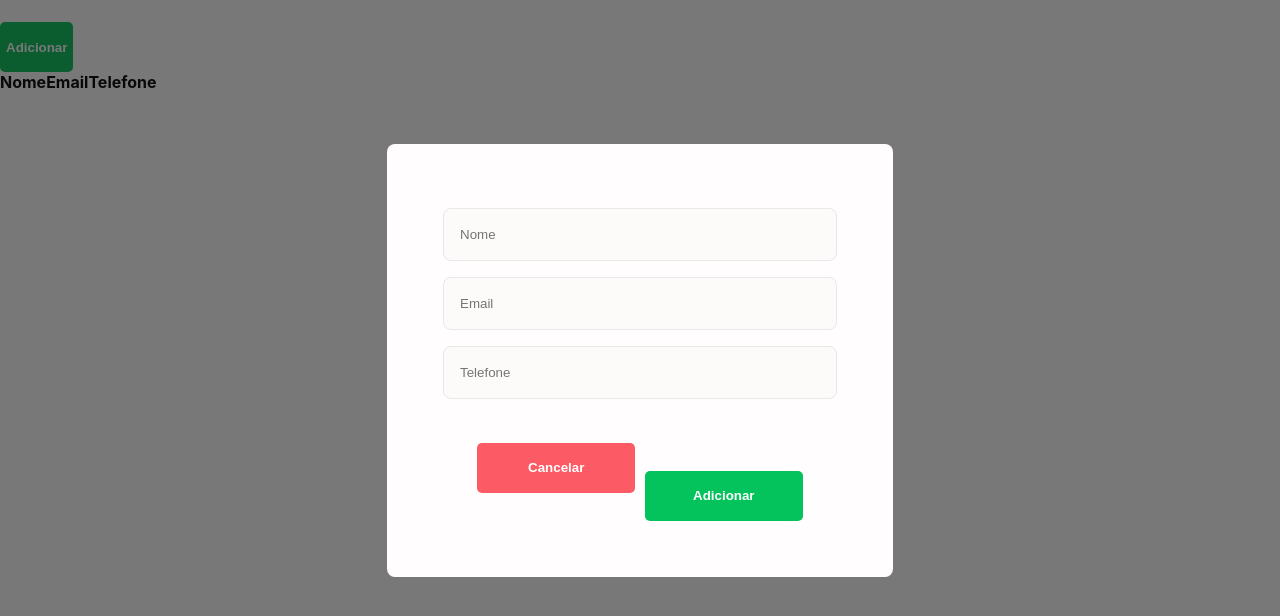
Repository: Henry-Loiola/agenda-contatos
Page: /, after clicking the first element matching `button.btn`
The author's editor kept a copy of each file at every save. The page is drawn from the files as they stood at one save, then again after a run of saves.
The browser window is 1280 px wide. The pictures show the whole page.
The project was rebuilt for these pictures with package versions that can differ from the ones it lists, and the page was loaded fresh each time.

Above is the page before, as saved 2024-08-19 20:09:32.

After the next 2 saves:
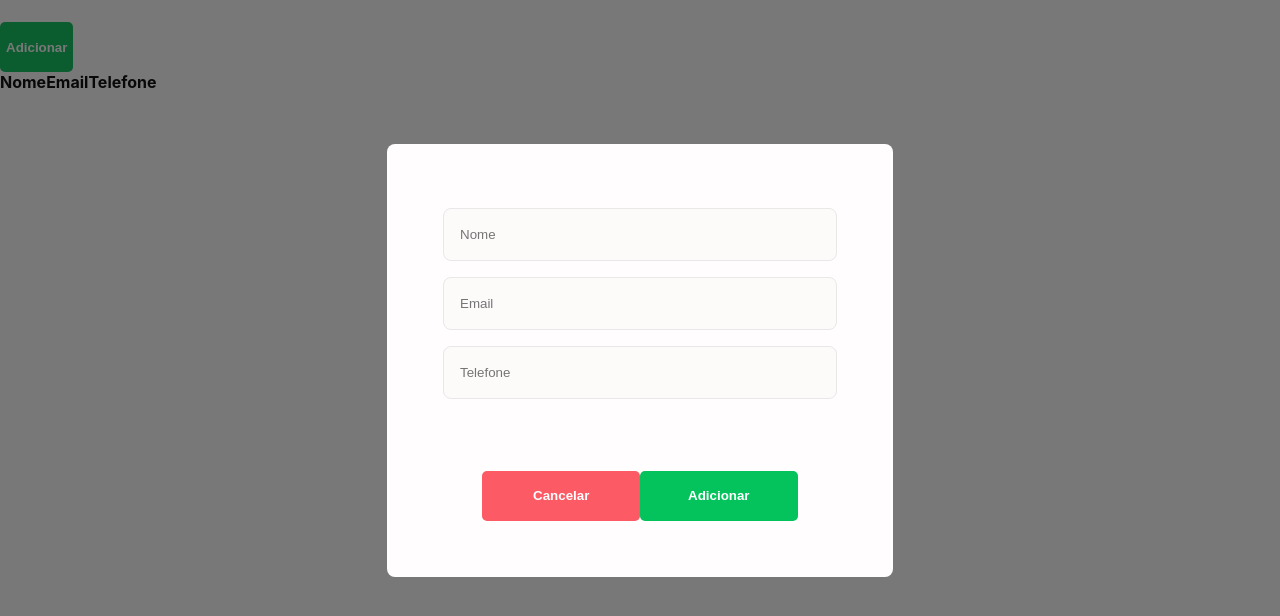
The 2 saves are shown as one change because they came seconds apart.
The last was saved 48 s later.
--- a/src/components/ModalAddEdit/styles.css
+++ b/src/components/ModalAddEdit/styles.css
@@ -22,9 +22,6 @@
   }
 
   .buttons-confirm {
-    display: flex;
-    align-items: center;
-    justify-content: center;
     gap: 10px;
 
   }
